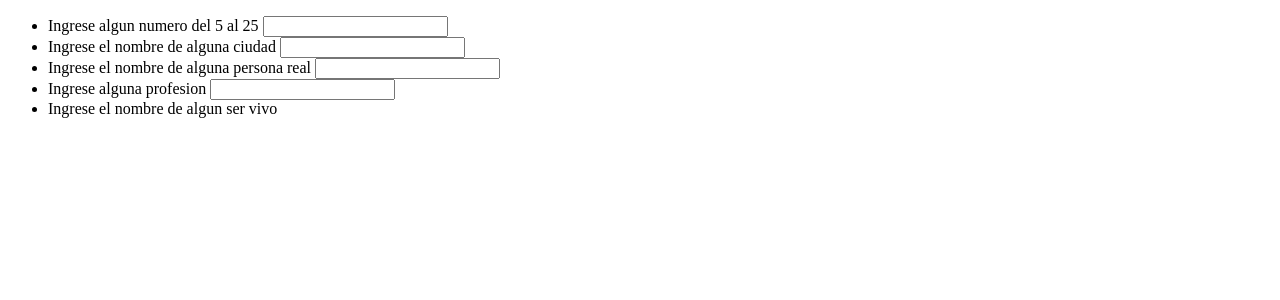
Repository: fanoneytor/condingDojo-JavaSpring
Page: http://localhost/Omikuji/WEB-INF/index.jsp
An editor plug-in stored every save of this project. The page is shown before and after the next save, followed by the edit.
The browser window is 1280 px wide. The pictures show the whole page.
The page is served by Tomcat 9. Nobody is signed in. Other server files are loaded and not shown. The template is opened directly, without the code that normally fills it, so the values that code supplies are empty.

Above is the page before, as saved 2023-03-12 17:15:17.

### workspace/Omikuji/src/main/webapp/WEB-INF/index.jsp
<%@ page language="java" contentType="text/html; charset=UTF-8"
    pageEncoding="UTF-8"%>
<%@ taglib prefix = "c" uri = "http://java.sun.com/jsp/jstl/core" %>
<!DOCTYPE html>
<html>
<head>
<meta charset="UTF-8">
<title>Omikuji</title>
</head>
<body>
	<div class="container">
		<form action="">
			<ul>
				<li>
					<label for="numero">Ingrese algun numero del 5 al 25</label>
					<input type="number" />
				</li>
				<li>
					<label for="nombreCiudad">Ingrese el nombre de alguna ciudad</label>
					<input type="text" />
				</li>
				<li>
					<label for="nombre">Ingrese el nombre de alguna persona real</label>
					<input type="text" />
				</li>
				<li>
					<label for="profesion">Ingrese alguna profesion</label>
					<input type="text" />
				</li>
				<li>
					<label for="serVivo">Ingrese el nombre de algun ser vivo</label>
				</li>
			</ul>

		</form>
	</div>

</body>
</html>

After the next save:
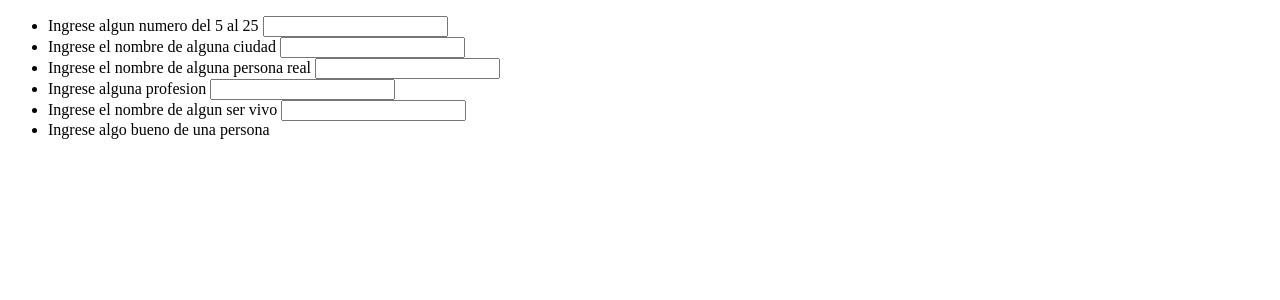
Saved 29 s later.
--- a/workspace/Omikuji/src/main/webapp/WEB-INF/index.jsp
+++ b/workspace/Omikuji/src/main/webapp/WEB-INF/index.jsp
@@ -29,6 +29,10 @@
 				</li>
 				<li>
 					<label for="serVivo">Ingrese el nombre de algun ser vivo</label>
+					<input type="text" />
+				</li>
+				<li>
+					<label for="algoBueno">Ingrese algo bueno de una persona</label>
 				</li>
 			</ul>
 
